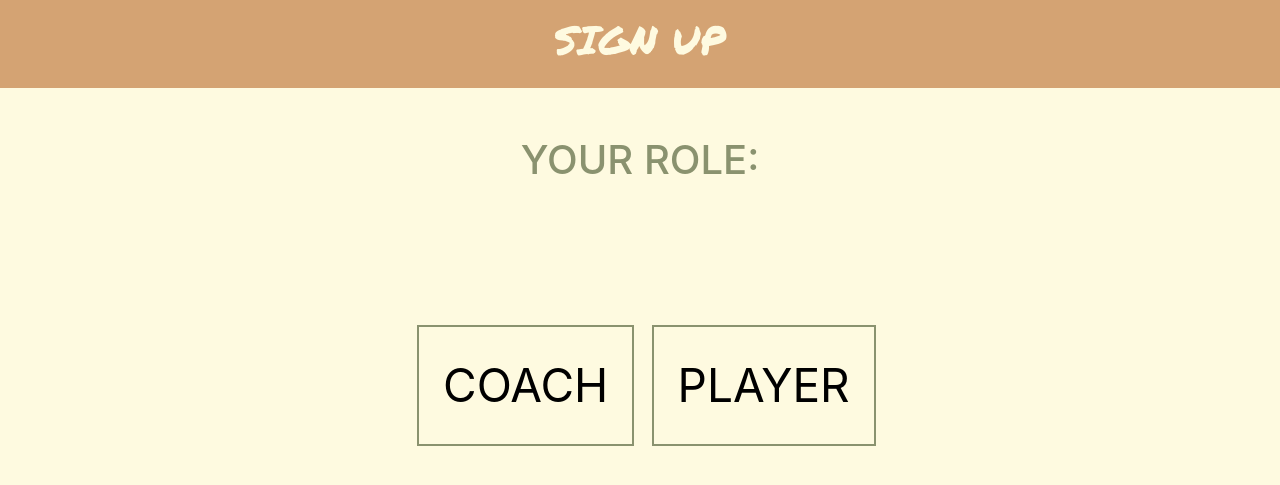
Repository: Aryaholmukhe/treasureHacks
Page: http://localhost/signup
These files come from the project's save history. The page is drawn as it stood at one moment and after the next save; the edit follows.
The browser window is 1280 px wide. The pictures show the whole page.
The page is served by the project's Node server (server.js).

Above is the page before, as saved 2022-03-27 00:34:11.

### views/signup/signup.ejs
<html lang="en">
<head>
    <meta charset="UTF-8">
    <meta http-equiv="X-UA-Compatible" content="IE=edge">
    <meta name="viewport" content="width=device-width, initial-scale=1.0">
    <link rel="stylesheet" href="https://cdn.jsdelivr.net/npm/bootstrap@4.6.1/dist/css/bootstrap.min.css">
    <script src="https://cdn.jsdelivr.net/npm/jquery@3.6.0/dist/jquery.slim.min.js"></script>
    <script src="https://cdn.jsdelivr.net/npm/popper.js@1.16.1/dist/umd/popper.min.js"></script>
    <script src="https://cdn.jsdelivr.net/npm/bootstrap@4.6.1/dist/js/bootstrap.bundle.min.js"></script>
    <link rel="preconnect" href="https://fonts.googleapis.com">
    <link rel="preconnect" href="https://fonts.gstatic.com" crossorigin>
    <link href="https://fonts.googleapis.com/css2?family=Permanent+Marker&display=swap" rel="stylesheet">
    <title>SIGN UP</title>
</head>
<body style="background-color: #FEFAE0">
    <div class="pt-3 pb-3" style="background-color: #D4A373; font-family: 'Permanent Marker', cursive; color: #FEFAE0">
        <h1 class="text-center">SIGN UP</h1>
    </div>

    <h1 class="text-center mt-5" style="color: #8A926F">YOUR ROLE:</h1>

    <div class="text-center" style="margin-top: 10%">
    <a href="./coach" ><button class="pl-4 pr-4 pt-4 pb-4" style="font-size: 46px; border: 2px solid #8A926F; background-color: transparent; padding: 1%; margin: 1%" name="coach">COACH</button></a>
    <a  href="./player"><button class="pl-4 pr-4 pt-4 pb-4" style="font-size: 46px; border: 2px solid #8A926F; background-color: transparent; padding: 1%:" name="player">PLAYER</button></a>
    </div>

</body>
</html>

### server.js
//jshint esversion:6

const express = require("express");
const bodyParser = require("body-parser");
const mongoose = require("mongoose");
const _ = require("lodash");
const { join } = require("path");
require("dotenv").config();
const app = express();

// TWILIO STUFF

const accountSID = process.env.ACCOUNT_SID;
const authToken = process.env.AUTH_TOKEN;

const client = require('twilio')(accountSID, authToken);


app.set('view engine', 'ejs');

app.use(bodyParser.urlencoded({ extended: true }));
app.use(express.static("public"));

app.get("/auth_config.json", (req, res) => {
    res.sendFile(join(__dirname, "/auth_config.json"));
})

// for each team member
mongoose.connect("mongodb://localhost:27017/teamMembersDB", { useNewUrlParser: true });

const membersSchema = new mongoose.Schema({
    name: String,
    role: String,
    age: Number,
    email: String,
    phone: String,
    progress: []
});

let members = [];
let progressArr = []

const Member = mongoose.model("Member", membersSchema);

// to identify teams
const teamSchema = new mongoose.Schema({
    coachName: String,
    team: [{ name: String }, { sport: String }]
})

const progressSchema = new mongoose.Schema({
    progress: []
})
const Team = mongoose.model("Team", teamSchema);
const Progress = mongoose.model("Progress", progressSchema)
// When no members are present
const noMember = new Member({
    name: "No members yet"
})
const noProgress = new Progress({
    progress: ["No progress yet, add some"]
})


// get requests

app.get("/signup", (req, res) => {
    res.render("signup/signup")
})
let person = "";
app.get("/coach", (req, res) => {
    person = "Coach"
    res.render("signup/coach");
})

app.get("/player", (req, res) => {
    person = "Team Member"
    res.render("signup/player")
})

app.get("/", (req, res) => {
    Member.find({}, function (err, foundMembers) {

        if (foundMembers.length === 0) {
            members.push(noMember)
            Member.insertMany(members, function (err) {
                if (err) {
                    console.log(err);
                } else {
                    console.log("Successfully saved members to DB.");
                }
            });
            // res.redirect("/");
        } else {
            Member.deleteOne({ "name": "No members yet" }, (err, person) => {
                if (err) return handleError(err);
            })
            res.render('index', { allMembers: foundMembers, person: person })
        }
    });
})

app.get("/:personName", function (req, res) {
    const personName = _.capitalize(req.params.personName);

    Member.findById(personName, (err, per) => {
        if (!err) {
              console.log(per)
            res.render('account', { personInfo: per});
        } else {
            console.log(err)
        }
    })
});


// post requests


app.post("/", (req, res) => {

    const playerName = req.body.newPlayer;
    const role = req.body.newRole;
    const age = req.body.age;
    const phoneNumber = req.body.phoneNumber;
    const player = new Member({
        name: playerName,
        role: role,
        age: age,
        phone: phoneNumber
    })
    player.save();
    res.redirect("/")
})

app.post("/delete", function (req, res) {
    const checkedItemId = req.body.checkbox;

    Member.findByIdAndRemove(checkedItemId, function (err) {
        if (!err) {
            console.log("Successfully deleted checked item.");
            res.redirect("/");
        } else {
            console.log(err)
        }
    });


});

app.post("/coach", (req, res) => {
    const coachName = req.body.coachName;
    const teamName = req.body.teamName;
    const sportType = req.body.sportType;
    teams = new Team({
        coachName: coachName,
        team: [{ name: teamName, sport: sportType }]
    })
    res.redirect("/")
})

app.post("/player", (req, res)=>{
    const playerName = req.body.newPlayer;
    const role = req.body.newRole;
    const age = req.body.age;
    const phoneNumber = req.body.phoneNumber;
    const player = new Member({
        name: playerName,
        role: role,
        age: age,
        phone: phoneNumber
    })
    player.save();
    res.redirect("/")
})

app.post("/announcements", (req, res) => {
    const message = req.body.message;
    members.forEach(member => {
        if (member.phone) {
            client.message.create({
                to: member.phone,
                from: process.env.TWILIO_PHONE_NUMBER, //is this going to be dynamic?
                body: message
            }).then((message) => {
                console.log(message.sid)
            });
            res.redirect("/")
        } else {
            res.redirect("/")
        }
    })

})


app.listen(3000, function () {
    console.log("Server started on port 3000");
});

After the next save:
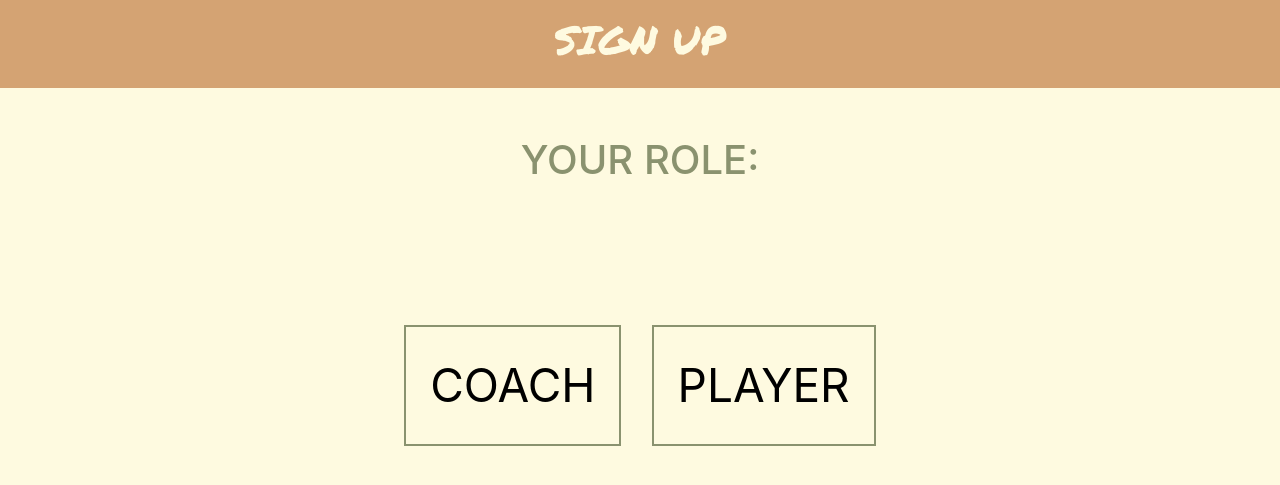
Saved 15 s later.
--- a/views/signup/signup.ejs
+++ b/views/signup/signup.ejs
@@ -21,7 +21,7 @@
 
     <div class="text-center" style="margin-top: 10%">
     <a href="./coach" ><button class="pl-4 pr-4 pt-4 pb-4" style="font-size: 46px; border: 2px solid #8A926F; background-color: transparent; padding: 1%; margin: 1%" name="coach">COACH</button></a>
-    <a  href="./player"><button class="pl-4 pr-4 pt-4 pb-4" style="font-size: 46px; border: 2px solid #8A926F; background-color: transparent; padding: 1%:" name="player">PLAYER</button></a>
+    <a  href="./player"><button class="pl-4 pr-4 pt-4 pb-4" style="font-size: 46px; border: 2px solid #8A926F; background-color: transparent; padding: 1%; margin: 1%" name="player">PLAYER</button></a>
     </div>
 
 </body>
